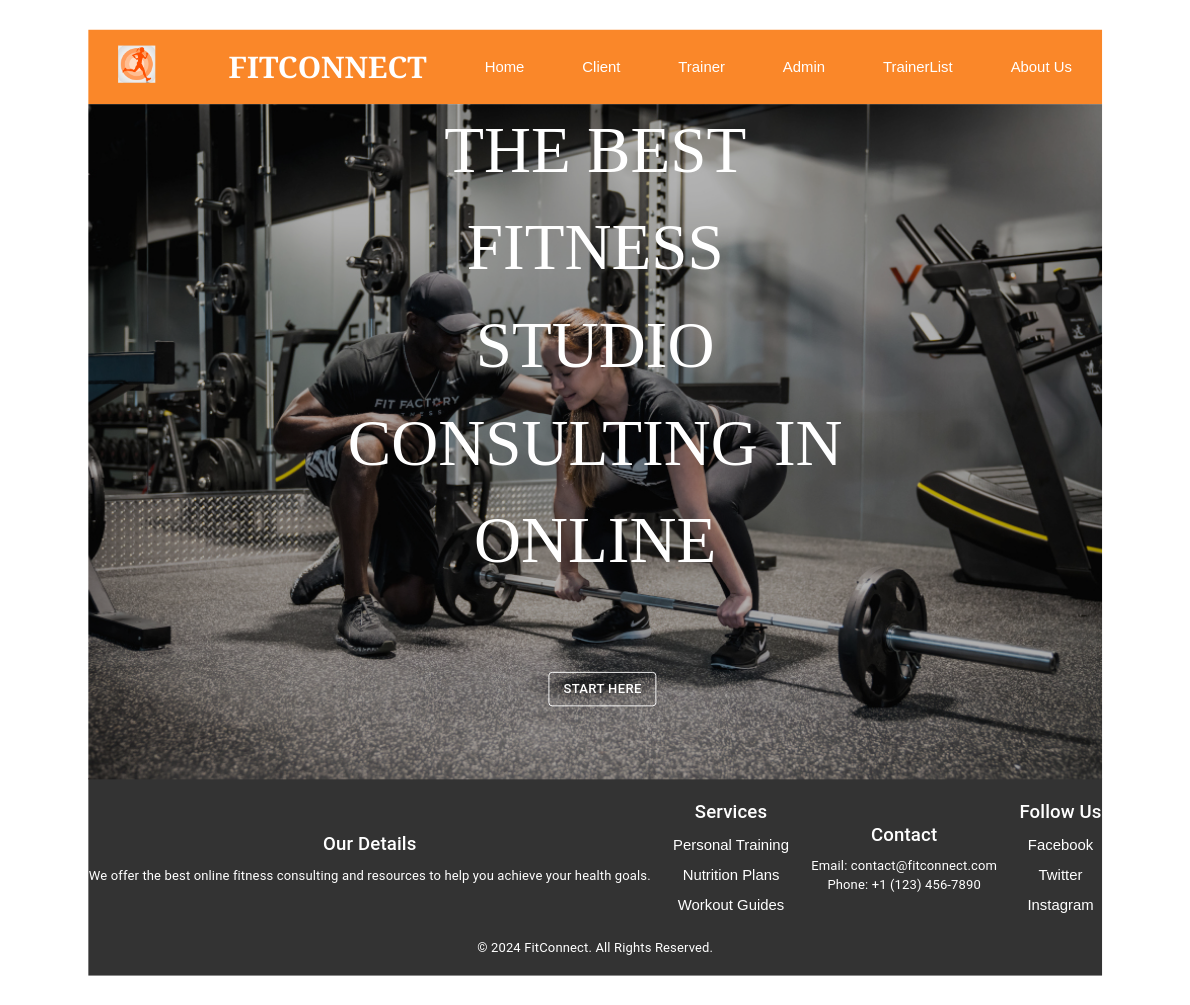
Repository: sarathraj2002/fitconnect
Page: / (app in Frontend/)
The author's editor kept a copy of each file at every save. The page is drawn from the files as they stood at one save, then again after a run of saves.
The browser window is 1280 px wide. The pictures show the whole page, at 93% of full size.
The project was rebuilt for these pictures with package versions that can differ from the ones it lists, and the page was loaded fresh each time. Also part of the build but not shown: Frontend/vite.config.js, Frontend/src/components/ClientPage.jsx, Frontend/src/components/TrainerPage.jsx, Frontend/src/components/AdminPage.css, Frontend/src/components/AdminPage.jsx, Frontend/src/components/TrainerListPage.jsx, Frontend/src/components/AboutUs.jsx, Frontend/src/components/ClientRegister.css and 5 more.

Above is the page before, as saved 2024-11-12 17:46:55.

After the next 2 saves:
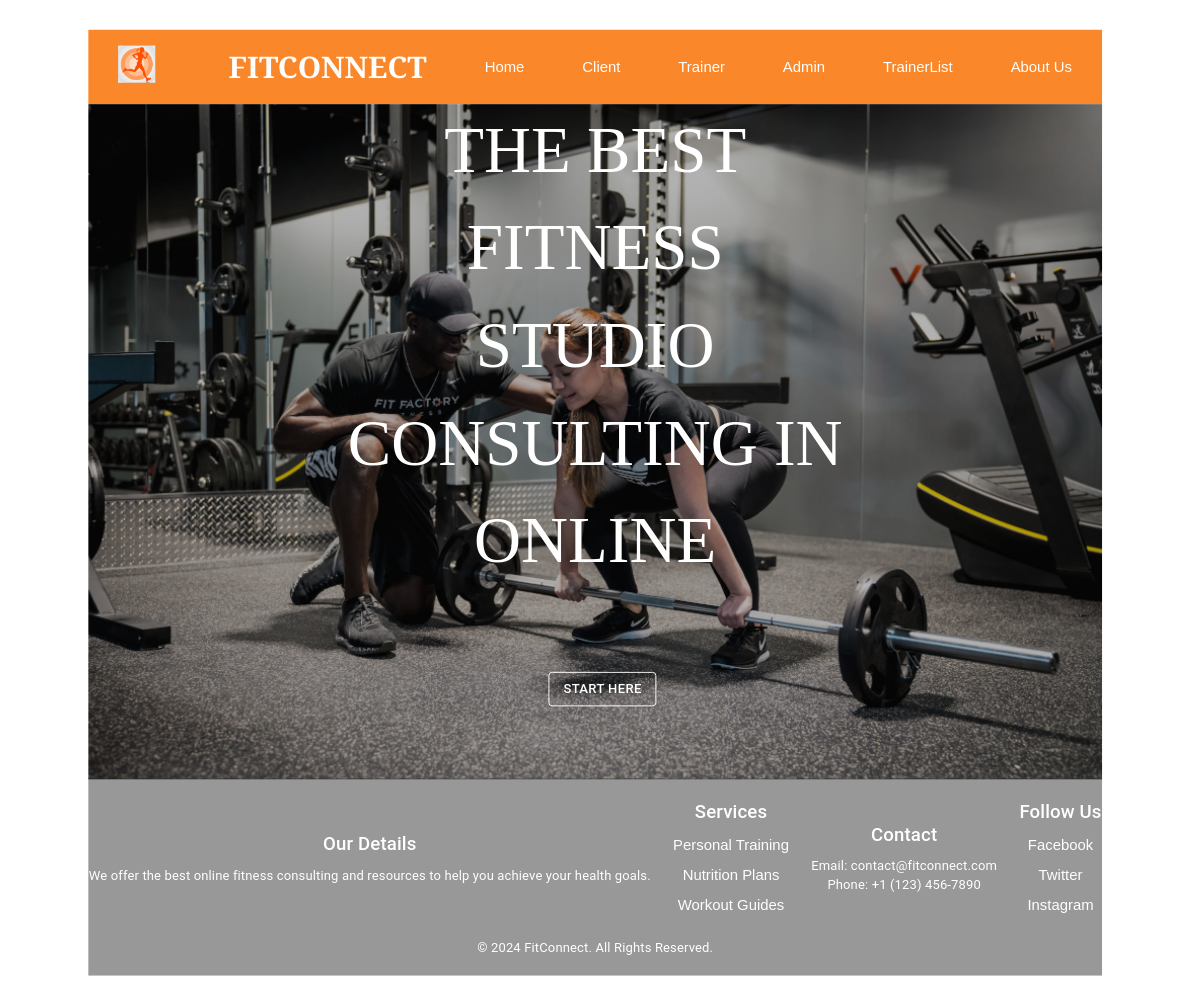
The 2 saves are shown as one change because they came seconds apart.
The last was saved 9 s later.
--- a/Frontend/src/components/Footer.jsx
+++ b/Frontend/src/components/Footer.jsx
@@ -8,7 +8,7 @@ const Footer = () => {
       component="footer"
       sx={{
         backgroundColor: '#333',
-        opacity:'',
+        opacity:'50%',
         color: 'white',
         padding: '20px 0',
         textAlign: 'center',
